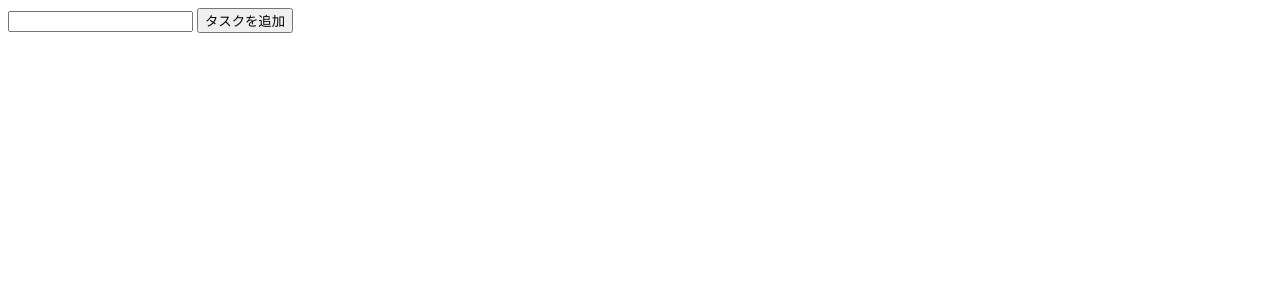
Repository: minimumcamp/github-training-new
Page: index.html
These files come from the project's save history. The page is drawn as it stood at one moment and after the next save; the edit follows.
The browser window is 1280 px wide. The pictures show the whole page.

Above is the page before, as saved 2024-03-19 22:33:19.

### index.html
<!DOCTYPE html>
<html lang="ja">

<head>
    <meta charset="UTF-8">
    <meta name="viewport" content="width=device-width, initial-scale=1.0">
    <title>Todo app</title>
</head>

<body>
    <div>
        <input type="text" id="input" />
        <button id="addTodo">タスクを追加</button>
    </div>

    <div>
        <ul id="todoList"></ul>
    </div>
    <script src="https://cdnjs.cloudflare.com/ajax/libs/jquery/3.6.1/jquery.min.js"
        integrity="sha512-aVKKRRi/Q/YV+4mjoKBsE4x3H+BkegoM/em46NNlCqNTmUYADjBbeNefNxYV7giUp0VxICtqdrbqU7iVaeZNXA=="
        crossorigin="anonymous" referrerpolicy="no-referrer"></script>
    <script src="app.js"></script>
</body>

</html>

Loaded but not shown: app.js (no stored copy; drawn as an empty file)

After the next save:
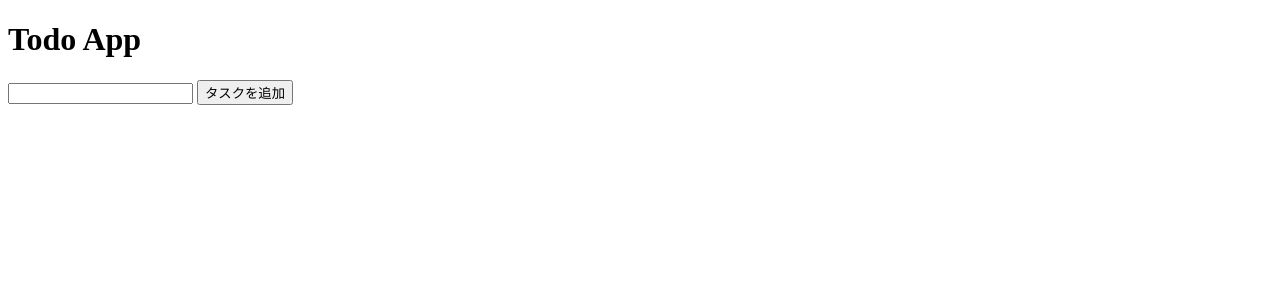
Saved 58 s later.
--- a/index.html
+++ b/index.html
@@ -8,6 +8,9 @@
 </head>
 
 <body>
+
+    <h1>Todo App</h1>
+
     <div>
         <input type="text" id="input" />
         <button id="addTodo">タスクを追加</button>
